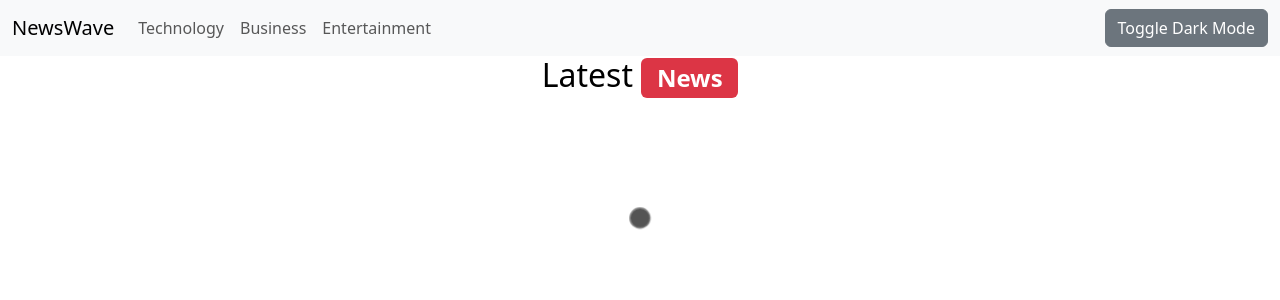
Repository: PranjalTripathi2003/news-wave
Page: /
The author's editor kept a copy of each file at every save. The page is drawn from the files as they stood at one save, then again after the next save.
The browser window is 1280 px wide. The pictures show the whole page.
The page's requests for data from a server got no answer. The project was rebuilt for these pictures with package versions that can differ from the ones it lists, and the page was loaded fresh each time. No one was signed in, and anything a server would have sent is missing. Also part of the build but not shown: vite.config.js, src/styles/NewsItem.css, src/components/NewsItem.jsx.

Above is the page before, as saved 2024-07-26 11:46:56.

After the next save:
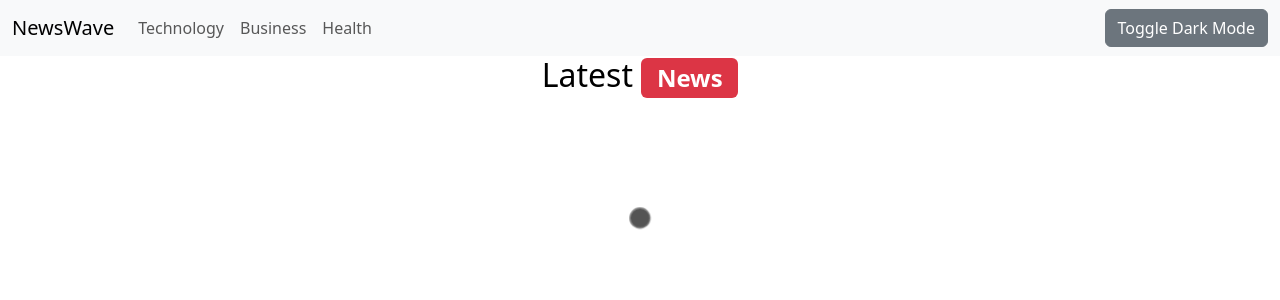
Saved 5 s later.
--- a/src/components/Navbar.jsx
+++ b/src/components/Navbar.jsx
@@ -36,7 +36,7 @@ const Navbar = ({ setCategory, toggleDarkMode }) => {
                 className="nav-link"
                 onClick={() => setCategory("health")}
               >
-                Entertainment
+                Health
               </div>
             </li>
           </ul>
